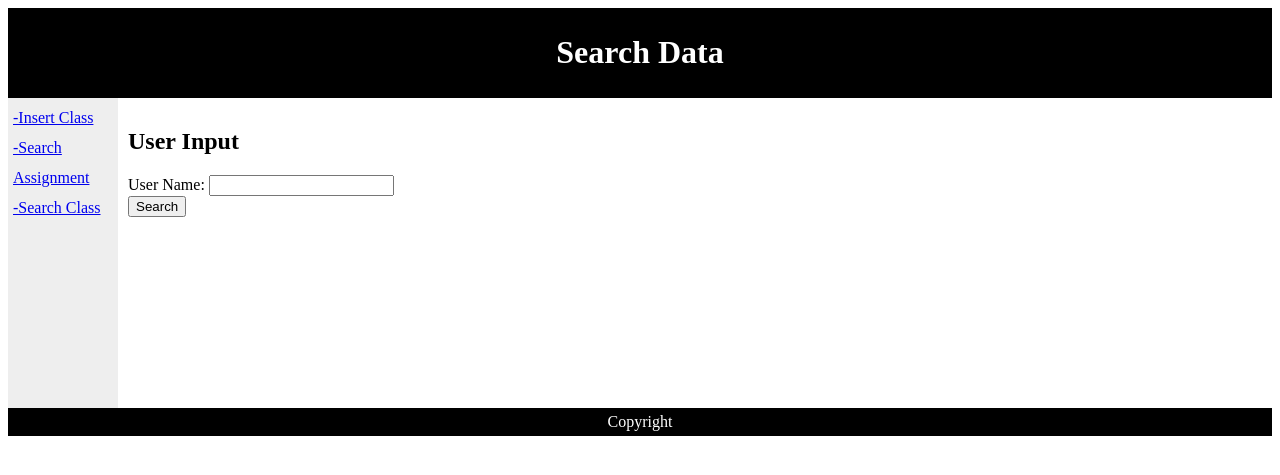
Repository: bpinkelman/Tech-Exercise
Page: planner-pinkelman/WebContent/simpleFormSearch.html
An editor plug-in stored every save of this project. The page is shown before and after the next save, followed by the edit.
The browser window is 1280 px wide. The pictures show the whole page.

Above is the page before, as saved 2020-02-28 00:45:06.

After the next save:
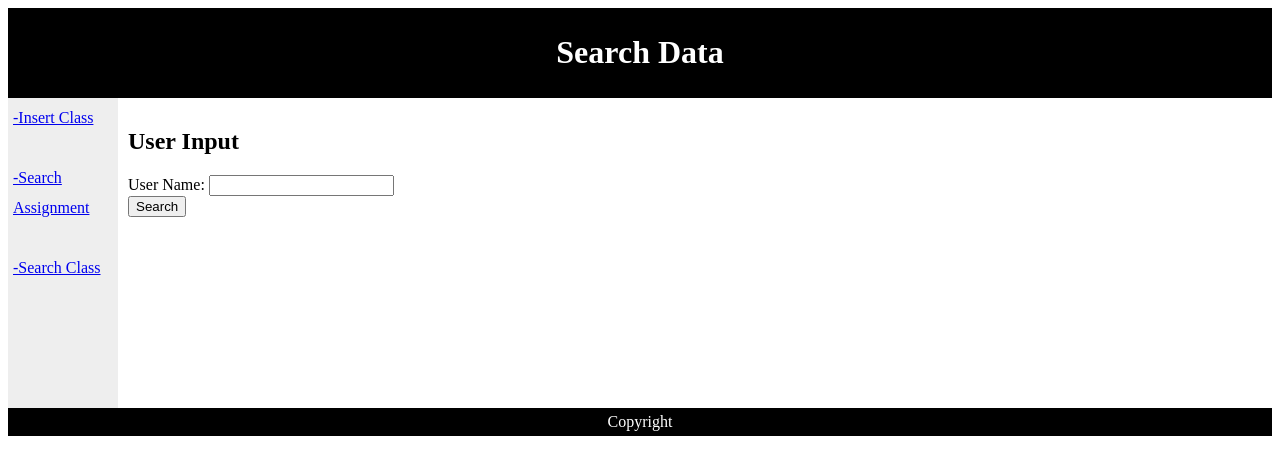
Saved 39 s later.
--- a/planner-pinkelman/WebContent/simpleFormSearch.html
+++ b/planner-pinkelman/WebContent/simpleFormSearch.html
@@ -36,9 +36,9 @@ footer {
 </header>
 
 <nav>
-<a href="/planner-pinkelman/simpleFormInsert.html">-Insert Class</a> <br>
-<a href="/planner-pinkelman/AssignmentSearch.html">-Search Assignment</a> <br>
-<a href="/planner-pinkelman/simpleFormSearch.html">-Search Class</a> <br>
+<a href="/planner-pinkelman/simpleFormInsert.html">-Insert Class</a> <br><br>
+<a href="/planner-pinkelman/AssignmentSearch.html">-Search Assignment</a> <br><br>
+<a href="/planner-pinkelman/simpleFormSearch.html">-Search Class</a> <br><br>
 </nav>
 
 <section>
